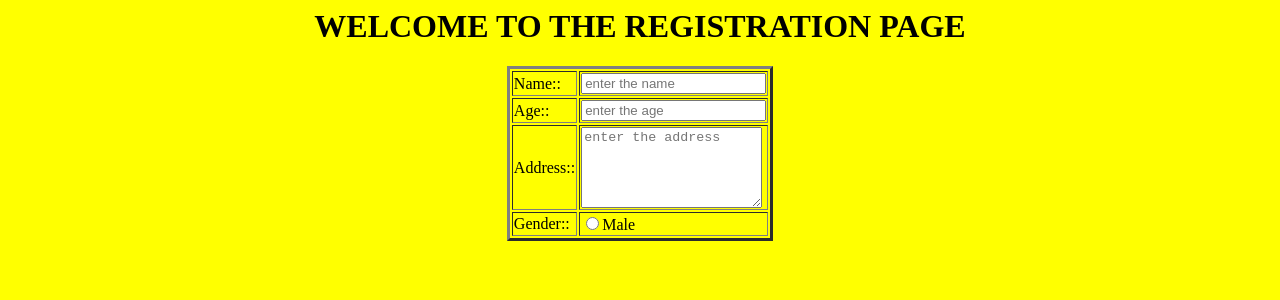
Repository: shivaramkrishna53/SERVLET_PROJECTS
Page: proj12-WorkingWithDifferentFormComponents-RegistrationApp/WebContent/input.html
The author's editor kept a copy of each file at every save. The page is drawn from the files as they stood at one save, then again after the next save.
The browser window is 1280 px wide. The pictures show the whole page.

Above is the page before, as saved 2021-01-12 14:17:57.

After the next save:
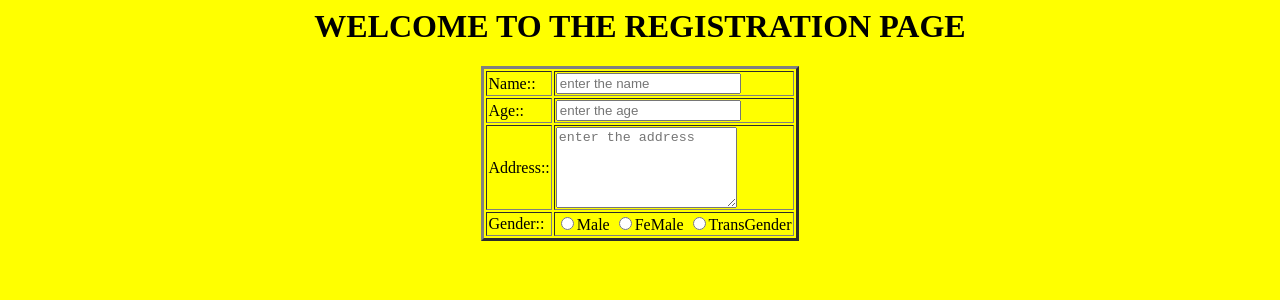
Saved 3 min 53 s later.
--- a/proj12-WorkingWithDifferentFormComponents-RegistrationApp/WebContent/input.html
+++ b/proj12-WorkingWithDifferentFormComponents-RegistrationApp/WebContent/input.html
@@ -28,7 +28,9 @@
 <tr>
 <td>Gender::</td>
 <td>
-<input type="radio" name="gender" placeholder="enter gender">Male
+<input type="radio" name="gender" value="M">Male
+<input type="radio" name="gender" value="F">FeMale
+<input type="radio" name="gender" value="T">TransGender
 </td>
 </tr>
 </table>
